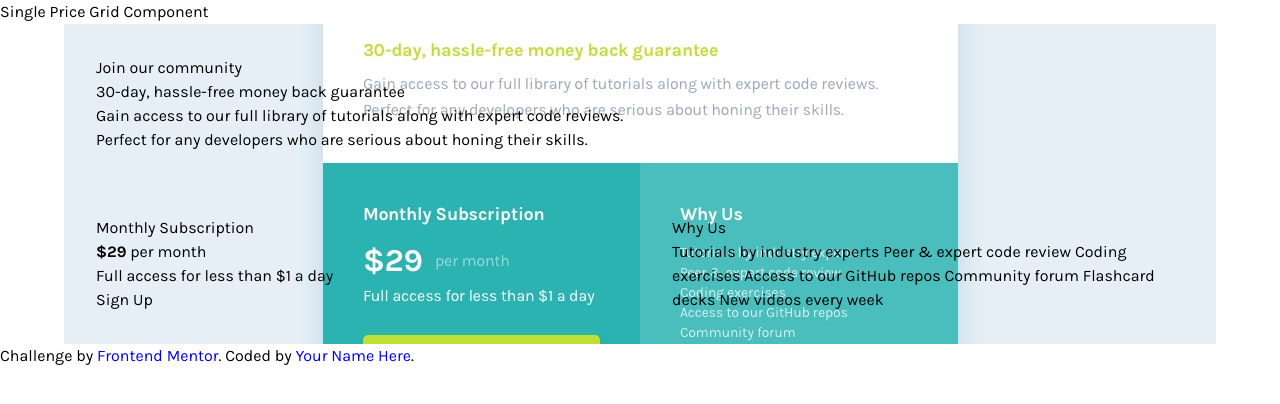
Repository: bangjuyoung/bangjuyoung
Page: practice/frontend-mentor/single-price-grid-component/index.html
These files come from the project's save history. The page is drawn as it stood at one moment and after the next save; the edit follows.
The browser window is 1280 px wide. The pictures show the whole page.

Above is the page before, as saved 2019-06-15 21:41:28.

After the next save:
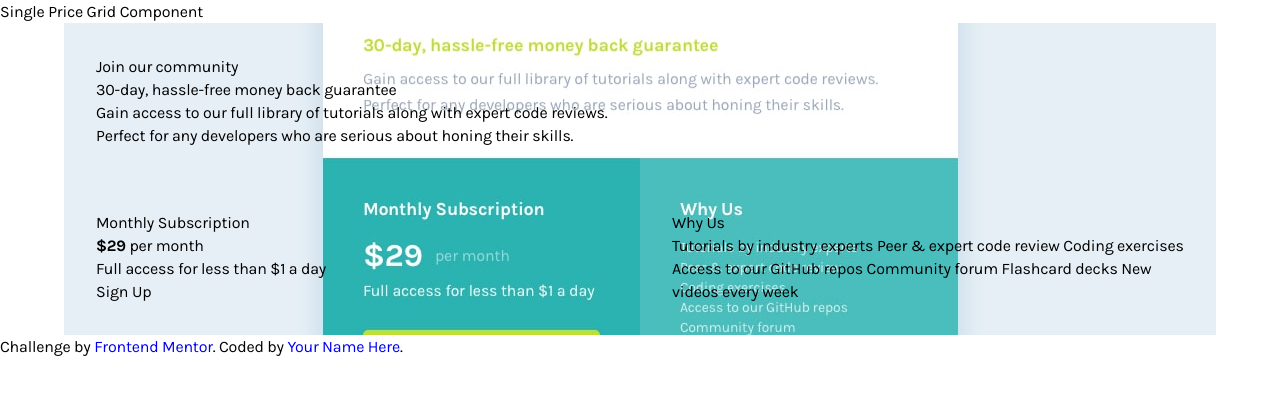
Saved 4 min 29 s later.
--- a/practice/frontend-mentor/single-price-grid-component/default.css
+++ b/practice/frontend-mentor/single-price-grid-component/default.css
@@ -6,6 +6,8 @@ html {
 
 body {
     font-family: 'Karla', sans-serif;
+    letter-spacing: -0.013em;
+    line-height: 1.44;
 }
 
 @media (min-width: 48rem) {
